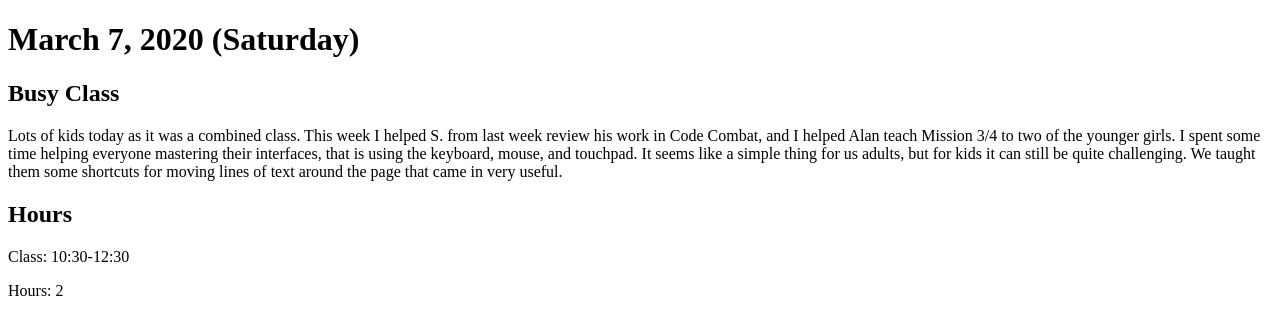
Repository: chocochocosensei/Mission-Exercises
Page: page2/index.html
The author's editor kept a copy of each file at every save. The page is drawn from the files as they stood at one save, then again after the next save.
The browser window is 1280 px wide. The pictures show the whole page.

Above is the page before, as saved 2020-03-10 02:05:24.

### page2/index.html
<!DOCTYPE html>
<html lang="en">

<head>
    <meta charset="UTF-8">
    <meta name="viewport" content="width=device-width, initial-scale=1.0">
    <link rel="stylesheet" href="../style.css">

    <title>My Diary</title>
</head>

<body>
    <header>
        <h1 id="march-7-2020-saturday" data-line="0" class="code-line">March 7, 2020 (Saturday)</h1>
        <p></p>
        <p></p>
    </header>

    <div class="section-title">
        <h2 id="busy-class" data-line="2" class="code-line">Busy Class</h2>
        <p data-line="4" class="code-line">Lots of kids today as it was a combined class. This week I helped S. from last week review his work in Code Combat, and I helped Alan teach Mission 3/4 to two of the younger girls. I spent some time helping everyone mastering their interfaces,
            that is using the keyboard, mouse, and touchpad. It seems like a simple thing for us adults, but for kids it can still be quite challenging. We taught them some shortcuts for moving lines of text around the page that came in very useful.</p>
    </div>

    <div class="hours">
        <h2 id="hours" data-line="6" class="code-line">Hours</h2>
        <p data-line="8" class="code-line">Class: 10:30-12:30</p>
        <p data-line="10" class="code-line">Hours: 2</p>
    </div>
</body>

</html>

### style.css
*.hidden {
    display: none;
}

After the next save:
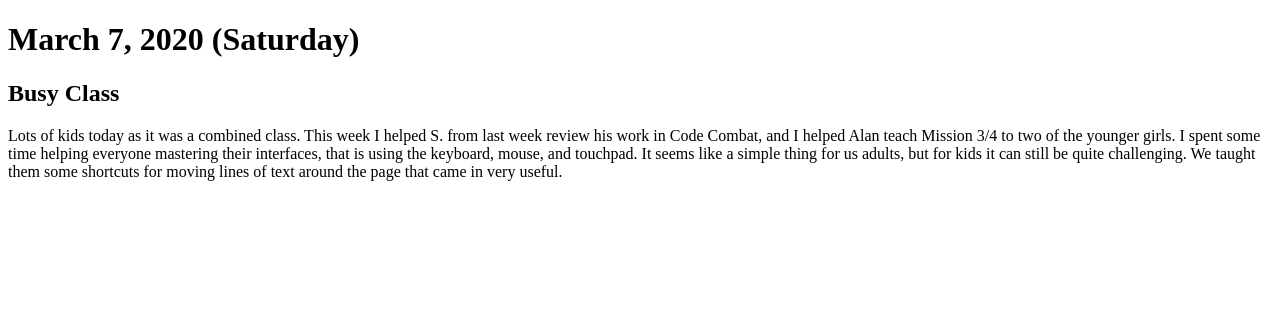
Saved 2 min 16 s later.
--- a/page2/index.html
+++ b/page2/index.html
@@ -11,21 +11,21 @@
 
 <body>
     <header>
-        <h1 id="march-7-2020-saturday" data-line="0" class="code-line">March 7, 2020 (Saturday)</h1>
+        <h1 id="march-7-2020-saturday">March 7, 2020 (Saturday)</h1>
         <p></p>
         <p></p>
     </header>
 
     <div class="section-title">
-        <h2 id="busy-class" data-line="2" class="code-line">Busy Class</h2>
-        <p data-line="4" class="code-line">Lots of kids today as it was a combined class. This week I helped S. from last week review his work in Code Combat, and I helped Alan teach Mission 3/4 to two of the younger girls. I spent some time helping everyone mastering their interfaces,
+        <h2 id="busy-class">Busy Class</h2>
+        <p>Lots of kids today as it was a combined class. This week I helped S. from last week review his work in Code Combat, and I helped Alan teach Mission 3/4 to two of the younger girls. I spent some time helping everyone mastering their interfaces,
             that is using the keyboard, mouse, and touchpad. It seems like a simple thing for us adults, but for kids it can still be quite challenging. We taught them some shortcuts for moving lines of text around the page that came in very useful.</p>
     </div>
 
-    <div class="hours">
-        <h2 id="hours" data-line="6" class="code-line">Hours</h2>
-        <p data-line="8" class="code-line">Class: 10:30-12:30</p>
-        <p data-line="10" class="code-line">Hours: 2</p>
+    <div class="hours hidden">
+        <h2 id="hours">Hours</h2>
+        <p>Class: 10:30-12:30</p>
+        <p>Hours: 2</p>
     </div>
 </body>
 
